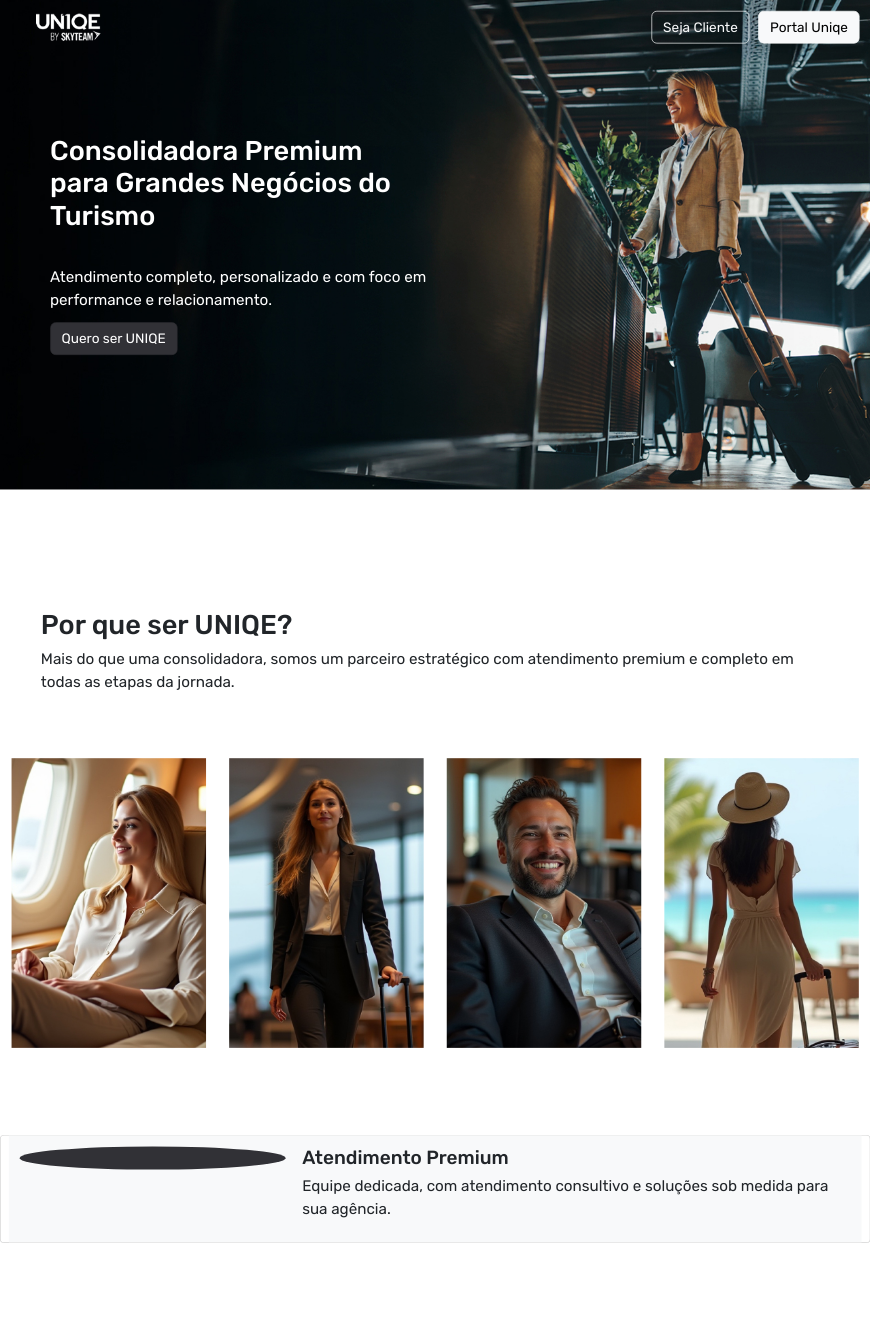
Repository: SkyTeam-Dev/Site-Uniqe
Page: http://localhost/
These files come from the project's save history. The page is drawn as it stood at one moment and after the next save; the edit follows.
The browser window is 1280 px wide. The pictures show the whole page, at 68% of full size.
The page is run by PHP 8.4 with error messages shown; the project is at /var/www/html/.

Above is the page before, as saved 2025-07-03 11:31:37.

### index.php
<!DOCTYPE html>
<html lang="pt-br">

<head>
    <title>:: Uniqe by Skyteam ::</title>
    <!-- Define uma descrição otimizada para mecanismos de busca (Maximo 160 caracteres mas o recomendado é 50 caracteres) -->
    <meta name="description"
        content="CADASTRO SIMPLES, DESCONTOS E CASHBACK A viagem do seu cliente com as melhores condições Conectamos o agente a descontos imbatíveis Ofereça seus serviços a preços mais atrativos com a Uniqe By Skyteam, uma plataforma para reservas de aéreo, hotelaria, seguro-viagem e locação nacional com descontos e cashback, projetada para qualquer agente de viagem" />
    <!-- Define palavras-chave (não tem mais impacto no Google, mas pode ajudar em outros mecanismos) -->
    <meta name="keywords" content="palavra-chave1, palavra-chave2, palavra-chave3">
    <meta charset="utf-8">
    <meta http-equiv="X-UA-Compatible" content="IE=edge">
    <link rel="canonical" href="https://uniqe.tur.br/" />
    <link rel='shortlink' href='https://uniqe.tur.br/' />

    <!-- Define a indexação pelos mecanismos de busca -->
    <meta name="robots" content="index, follow"> <!-- Para indexar e seguir links -->
    <meta name="googlebot" content="index, follow"> <!-- Específico para o Google -->
    <meta name="bingbot" content="index, follow"> <!-- Específico para o Bing -->

    <!-- GOOGLE JSON-LD para SEO -->
    <script type="application/ld+json">
    {
        "@context": "https://schema.org",
        "@type": "WebSite",
        "name": "Uniqe by Skyteam",
        "url": "https://uniqe.tur.br",
        "description": "Consolidadora PREMIUM para grandes negócios do turismo. Atendimento completo, personalizado e com foco em performance e relacionamento, venha ser Uniqe",
        "image": "https://uniqe.tur.br/Templates/Default/Imagens/OG_Uniqe_Base.jpg",
        "author": {
            "@type": "Person",
            "name": "Uniqe"
        },
        "publisher": {
            "@type": "Organization",
            "name": "Uniqe by Skyteam",
            "logo": {
                "@type": "ImageObject",
                "url": "https://uniqe.tur.br/Templates/Default/Imagens/OG_Uniqe_Base.jpg"
            }
        }
    }
    </script>
    <!-- GOOGLE JSON-LD para SEO -->

    <!-- Define o autor do conteúdo -->
    <meta name="author" content="Uniqe by Skyteam">

    <!-- Controla como o Google exibe o snippet do site -->
    <meta name="google" content="nosnippet"> <!-- Impede snippets na SERP -->
    <meta name="google" content="max-snippet:-1, max-image-preview:large, max-video-preview:-1">
    <!-- Personaliza como o conteúdo é mostrado -->

    <!-- Diz ao Google para não traduzir a página automaticamente -->
    <meta name="google" content="notranslate">

    <!-- Define a geolocalização para buscas locais -->
    <meta name="DC.title" content="Uniqe By SkyTeam" />
    <meta name="geo.region" content="BR-RS" />
    <meta name="geo.placename" content="Porto Alegre" />
    <meta name="geo.position" content="-30.030205;-51.229975" />
    <meta name="ICBM" content="-30.030205, -51.229975" />
    <!-- Criador do conteúdo -->
    <meta name="DC.creator" content="Uniqe By SkyTeam">
    <!-- Assunto ou tema do conteúdo -->
    <meta name="DC.subject"
        content="Consolidadora PREMIUM para grandes negócios do turismo. Atendimento completo, personalizado e com foco em performance e relacionamento, venha ser Uniqe">
    <!-- Descrição do conteúdo -->
    <meta name=" DC.description"
        content="Consolidadora PREMIUM para grandes negócios do turismo. Atendimento completo, personalizado e com foco em performance e relacionamento, venha ser Uniqe">

    <!-- Editora ou organização responsável -->
    <meta name="publisher" content="Uniqe By SkyTeam">
    <!-- Identificador único (ex: URL, DOI) -->
    <meta name="identifier" content="https://uniqe.tur.br">
    <!-- Idioma do conteúdo -->
    <meta name="language" content="pt-BR">

    <!-- Direitos autorais e licenciamento -->
    <meta name="rights" content="© 2025 Uniqe By SkyTeam. Todos os direitos reservados.">


    <!-- Definição do protocolo Open Graph BASE -->
    <meta property="og:type" content="website">
    <!-- URL canônica da página -->
    <meta property="og:url" content="https://uniqe.tur.br/">
    <!-- Título que aparecerá no compartilhamento -->
    <meta property="og:title" content="Uniqe by Skyteam">
    <!-- Descrição curta e chamativa -->
    <meta property="og:description"
        content="Consolidadora PREMIUM para grandes negócios do turismo. Atendimento completo, personalizado e com foco em performance e relacionamento, venha ser Uniqe">
    <!-- Imagem para exibição no compartilhamento -->
    <meta property="og:image" content="https://uniqe.tur.br/Templates/Default/Imagens/OG_Uniqe_Base.jpg">
    <!-- 1200x630 pixels é o tamanho recomendado pelo Facebook e outras redes sociais -->
    <meta property="og:image:alt"
        content="Uniqe by Skyteam - Consolidadora PREMIUM para grandes negócios do turismo. Atendimento completo, personalizado e com foco em performance e relacionamento, venha ser Uniqe">
    <!-- Especificações adicionais para a imagem -->
    <meta property="og:image:width" content="1200">
    <meta property="og:image:height" content="630">
    <!-- Nome do site (opcional, mas recomendado) -->
    <meta property="og:site_name" content="Uniqe by Skyteam">
    <!-- Idioma da página -->
    <meta property="og:locale" content="pt_BR">
    <!-- Definição do protocolo Open Graph BASE -->

    <!-- Twitter Card -->
    <meta name="twitter:card" content="summary_large_image">
    <meta name="twitter:title" content="Uniqe by Skyteam">
    <meta name="twitter:description"
        content="Consolidadora PREMIUM para grandes negócios do turismo. Atendimento completo, personalizado e com foco em performance e relacionamento, venha ser Uniqe">
    <meta name="twitter:image" content="https://uniqe.tur.br/Templates/Default/Imagens/OG_Uniqe_Base.jpg">
    <!-- Twitter Card -->



    <meta name="viewport" content="width=device-width, initial-scale=1, shrink-to-fit=no">

    <link rel='preconnect' href='//fonts.googleapis.com' />
    <link rel="preconnect" href="//fonts.gstatic.com" crossorigin>
    <link rel='preconnect' href='//jsdelivr.net' />
    <link rel='preconnect' href='//cdn.jsdelivr.net' />
    <link rel='preconnect' href='//code.jquery.com' />



    <!-- CSS -->
    <link rel="stylesheet"
        href="https://cdn.jsdelivr.net/npm/@fortawesome/fontawesome-free@6.7.2/css/fontawesome.min.css">
    <link
        href="https://fonts.googleapis.com/css2?family=DM+Sans:ital,opsz,wght@0,9..40,100..1000;1,9..40,100..1000&family=Inter:ital,opsz,wght@0,14..32,100..900;1,14..32,100..900&family=Rubik:ital,wght@0,300..900;1,300..900&display=swap"
        rel="stylesheet">

    <link rel="stylesheet" href="Templates/Default/Bootstrap/bootstrap.css">
    <link rel="stylesheet" href="Templates/Default/CSS/Site.css">

    <link rel="stylesheet" href="https://cdn.jsdelivr.net/npm/slick-carousel@1.8.1/slick/slick.css" />
    <link rel="stylesheet" href="https://cdn.jsdelivr.net/npm/slick-carousel@1.8.1/slick/slick-theme.css" />


    <!-- CSS -->

    <!-- Favicon -->


    <!-- Favicon e Theme Color-->
    <link rel="icon" type="image/png" href="Templates/Default/Imagens/Favicons/favicon-96x96.png" sizes="96x96" />
    <link rel="icon" type="image/svg+xml" href="Templates/Default/Imagens/Favicons/favicon.svg" />
    <link rel="shortcut icon" href="Templates/Default/Imagens/Favicons/favicon.ico" />
    <link rel="icon" href="Templates/Default/Imagens/Favicons/favicon.ico" type="image/x-icon">
    <link rel="apple-touch-icon" sizes="180x180" href="Templates/Default/Imagens/Favicons/apple-touch-icon.png" />
    <link rel="manifest" href="Templates/Default/Imagens/Favicons/site.webmanifest" />
    <link rel="apple-touch-icon" href="Templates/Default/Imagens/Favicons/favicon-96x96.png">
    <meta name="msapplication-TileImage" content="Templates/Default/Imagens/Favicons/favicon-96x96.png">
    <meta name="theme-color" content="#313136">
    <meta name="apple-mobile-web-app-capable" content="yes">
    <meta name="apple-mobile-web-app-status-bar-style" content="black-translucent">
    <meta name="msapplication-TileColor" content="#313136">
    <!-- Favicon -->


    <!-- Rastreamento e Comunicação -->

    <!-- Rastreamento e Comunicação -->



    <script src="https://www.google.com/recaptcha/api.js"></script>


</head>

<body onload="document.body.classList.add('show');" class="fade-in">


    <!-- Cabeçalho -->
    <header id="mainHeader" class="menu-transparent mt-0">
        <div class="container-fluid d-flex justify-content-between align-items-center p-3">
            <div>
                <img src="Templates/Default/Imagens/Logo_Uniqe_Branco.png" class="ms-4 img-fluid fw-bold">
                <!-- Troque pelo seu logo -->
            </div>
            <div>
                <a href="#" class="btn btn-lg btn-outline-light me-2 rounded-3 shadow">Seja Cliente</a>
                <a href="#" class="btn btn-lg btn-light rounded-3 shadow">Portal Uniqe</a>
            </div>
        </div>
    </header>

    <!-- Conteúdo -->
    <main class="bg-primary">

        <section class="container-fluid p-5 Hero d-flex justify-content-center align-items-center min-vh-100" id="Hero">
            <div class="row">
                <div class="col-md-6 col-sm-12">
                    <h1 class="text-white mb-5">Consolidadora Premium para Grandes Negócios do Turismo</h1>
                    <p class="text-white mb-3">Atendimento completo, personalizado e com foco em performance e
                        relacionamento.</p>
                    <a href="#" class="btn btn-lg btn-primary">Quero ser UNIQE</a>
                </div>
            </div>


        </section>

    </main>
    <!-- Conteúdo -->

    <!-- Cabeçalho -->

    <!-- Por que ser UNIQE -->

    <section class="container-fluid bg-white Espacamento_Superior">

        <div class="row  p-5">

            <div class="col-sm-12">

                <h1 class="mb-2">Por que ser UNIQE?</h1>
                <p class="mb-5">Mais do que uma consolidadora, somos um parceiro estratégico com atendimento premium
                    e completo em todas as etapas da jornada.</p>
            </div>
        </div>
        <div class="row text-center">

            <div class="col-md-3 col-sm-12">
                <img src="Templates/Default/Imagens/foto-uniqe-01.jpg" class="img-fluid text-center">
            </div>

            <div class="col-md-3 col-sm-12">
                <img src="Templates/Default/Imagens/foto-uniqe-02.png" class="img-fluid text-center">
            </div>

            <div class="col-md-3 col-sm-12">
                <img src="Templates/Default/Imagens/foto-uniqe-03.jpg" class="img-fluid text-center">
            </div>

            <div class="col-md-3 col-sm-12">
                <img src="Templates/Default/Imagens/foto-uniqe-04.jpg" class="img-fluid text-center">
            </div>




        </div>

        </div>

    </section>

    <!-- Por que ser UNIQE -->

    <section class="container-fluid bg-white Espacamento_Superior Espacamento_Inferior">

        <div class="row">

            <div class="card">
                <div class="card-body bg-light">
                    <div class="row">
                        <div class="col-sm-4">

                            <div class="bg-primary rounded-circle icon-site">
                                <i class="fa-solid fa-star"></i>
                            </div>
                        </div>

                        <div class="col-sm-8">
                            <h3>Atendimento Premium</h3>
                            <p>Equipe dedicada, com atendimento consultivo e soluções sob medida para sua agência.</p>

                        </div>
                    </div>
                </div>
            </div>

        </div>


    </section>







    <script src="https://cdn.jsdelivr.net/npm/bootstrap@5.3.3/dist/js/bootstrap.bundle.min.js"></script>
    <script>
    const header = document.getElementById('mainHeader');
    let lastScroll = 0;

    window.addEventListener('scroll', () => {
        const currentScroll = window.scrollY;

        if (currentScroll <= 0) {
            header.classList.add('menu-transparent');
            header.classList.remove('menu-colored');
            return;
        }

        if (currentScroll > lastScroll) {
            // Rolando para baixo
            header.classList.add('menu-colored');
            header.classList.remove('menu-transparent');
        } else {
            // Rolando para cima
            if (currentScroll <= 100) {
                header.classList.add('menu-transparent');
                header.classList.remove('menu-colored');
            }
        }

        lastScroll = currentScroll;
    });
    </script>

</body>

</html>

### Templates/Default/CSS/Site.css
.fade-in {
    opacity: 0;
    transition: opacity 1s ease-in-out;
}

.fade-in.show {
    opacity: 1;
}

header {
  position: fixed;
  width: 100%;
  z-index: 999;
  transition: background-color 0.3s ease, box-shadow 0.3s ease;
}

.menu-transparent {
  background-color: transparent !important;
  box-shadow: none !important;
}

.menu-colored {
  background-color: var(--bs-primary) !important;
  box-shadow: 0 2px 5px rgba(0, 0, 0, 0.1);
}

.Hero {
  height: 100vh;
  background-image: url('../Imagens/foto-home-uniqe.jpg');
  background-repeat: no-repeat;
  background-size: cover;
  background-position: center;
}

.Espacamento_Superior{
    padding-top: 8rem !important;
}

.Espacamento_Inferior{
    padding-bottom: 8rem !important;
}

.icon-sit{
    width: 32px;
    height: 32px;;
}

Loaded but not shown: Templates/Default/Bootstrap/bootstrap.css (library)

After the next save:
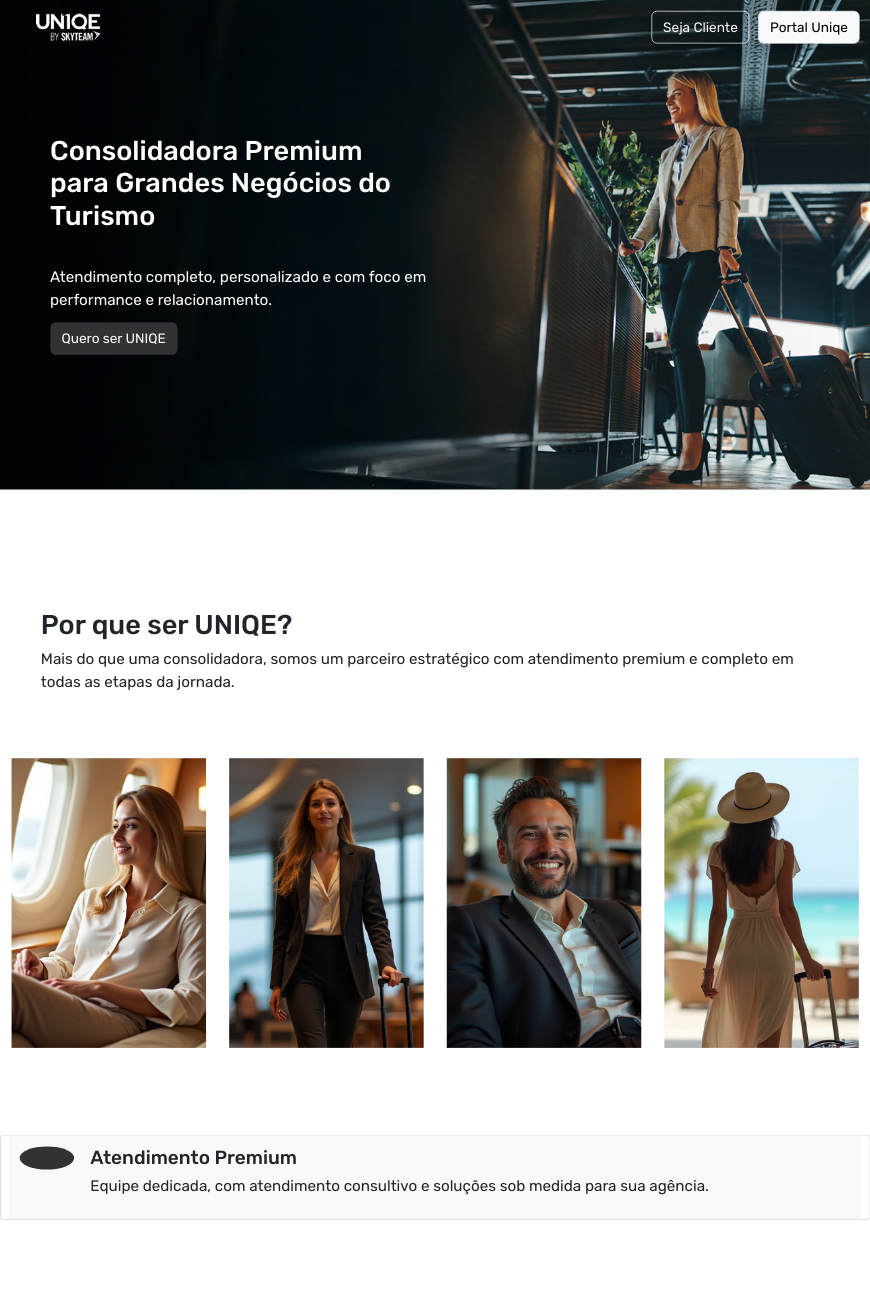
Saved 31 s later.
--- a/index.php
+++ b/index.php
@@ -256,14 +256,14 @@
             <div class="card">
                 <div class="card-body bg-light">
                     <div class="row">
-                        <div class="col-sm-4">
+                        <div class="col-sm-1">
 
                             <div class="bg-primary rounded-circle icon-site">
                                 <i class="fa-solid fa-star"></i>
                             </div>
                         </div>
 
-                        <div class="col-sm-8">
+                        <div class="col-sm-11">
                             <h3>Atendimento Premium</h3>
                             <p>Equipe dedicada, com atendimento consultivo e soluções sob medida para sua agência.</p>
 
